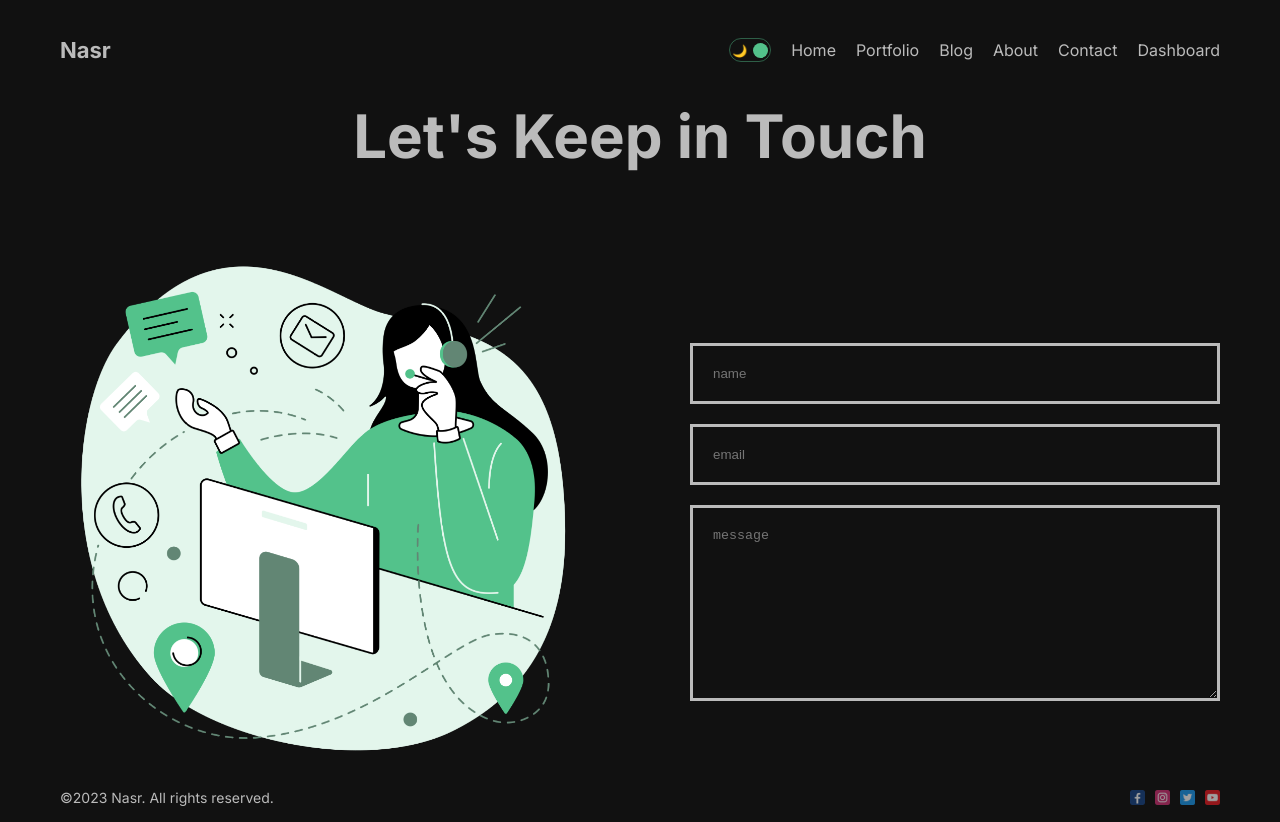
Repository: MoNasr2022/Nast-Blog
Page: /contact
An editor plug-in stored every save of this project. The page is shown before and after a run of saves, followed by the edit.
The browser window is 1280 px wide. The pictures show the whole page.
The page's requests for data from a server got no answer. The project was rebuilt for these pictures with package versions that can differ from the ones it lists, and the page was loaded fresh each time. The framework's server and built-in components were replaced by stand-ins that run in the browser. No one was signed in, and anything a server would have sent is missing. Also part of the build but not shown: next.config.js, src/components/Button/button.module.css, src/components/Button/Button.jsx.

Above is the page before, as saved 2023-06-15 14:03:31.

After the next 4 saves:
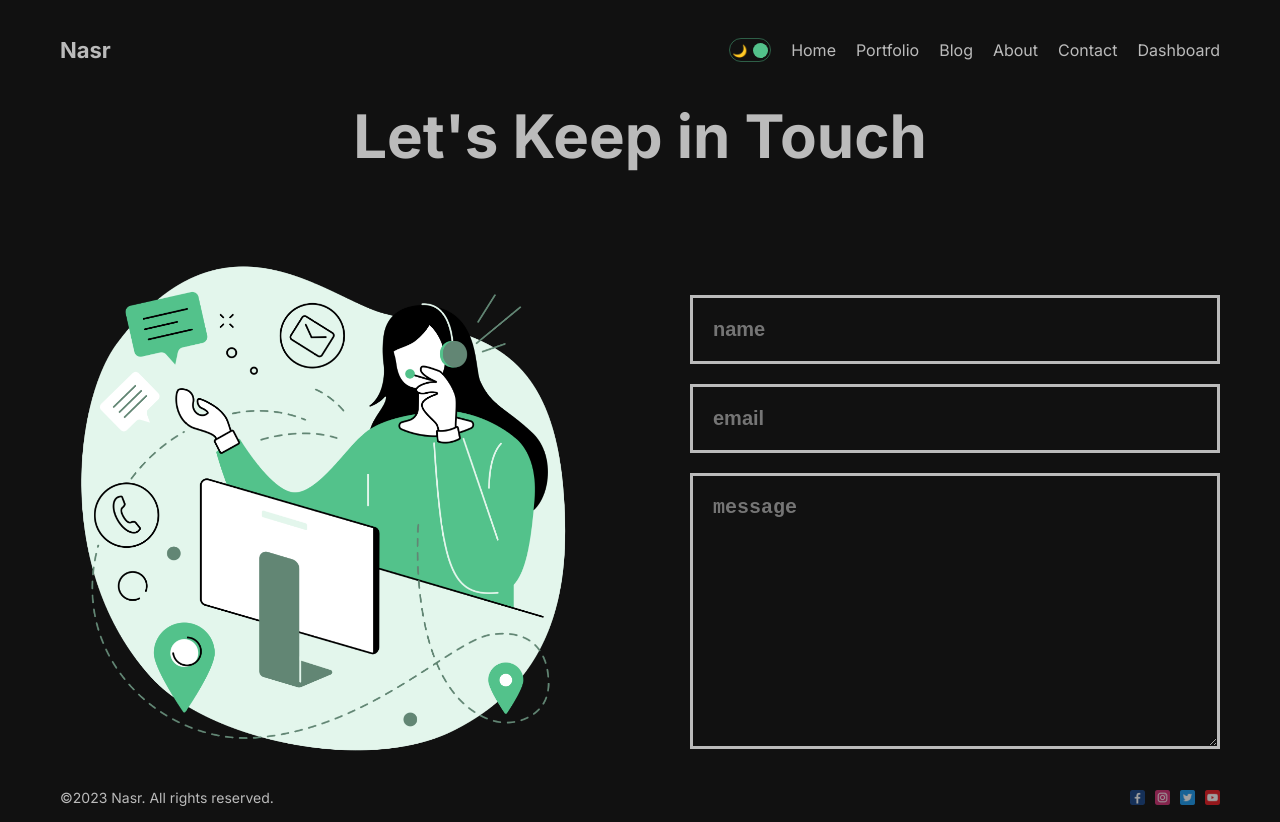
The 4 saves are shown as one change because they came seconds apart.
The last was saved 26 s later.
--- a/src/app/contact/page.module.css
+++ b/src/app/contact/page.module.css
@@ -96,4 +96,6 @@
   outline: none;
   color: #bbb;
   border: 3px solid #bbb;
+  font-size: 20px;
+  font-weight: bold;
 }
